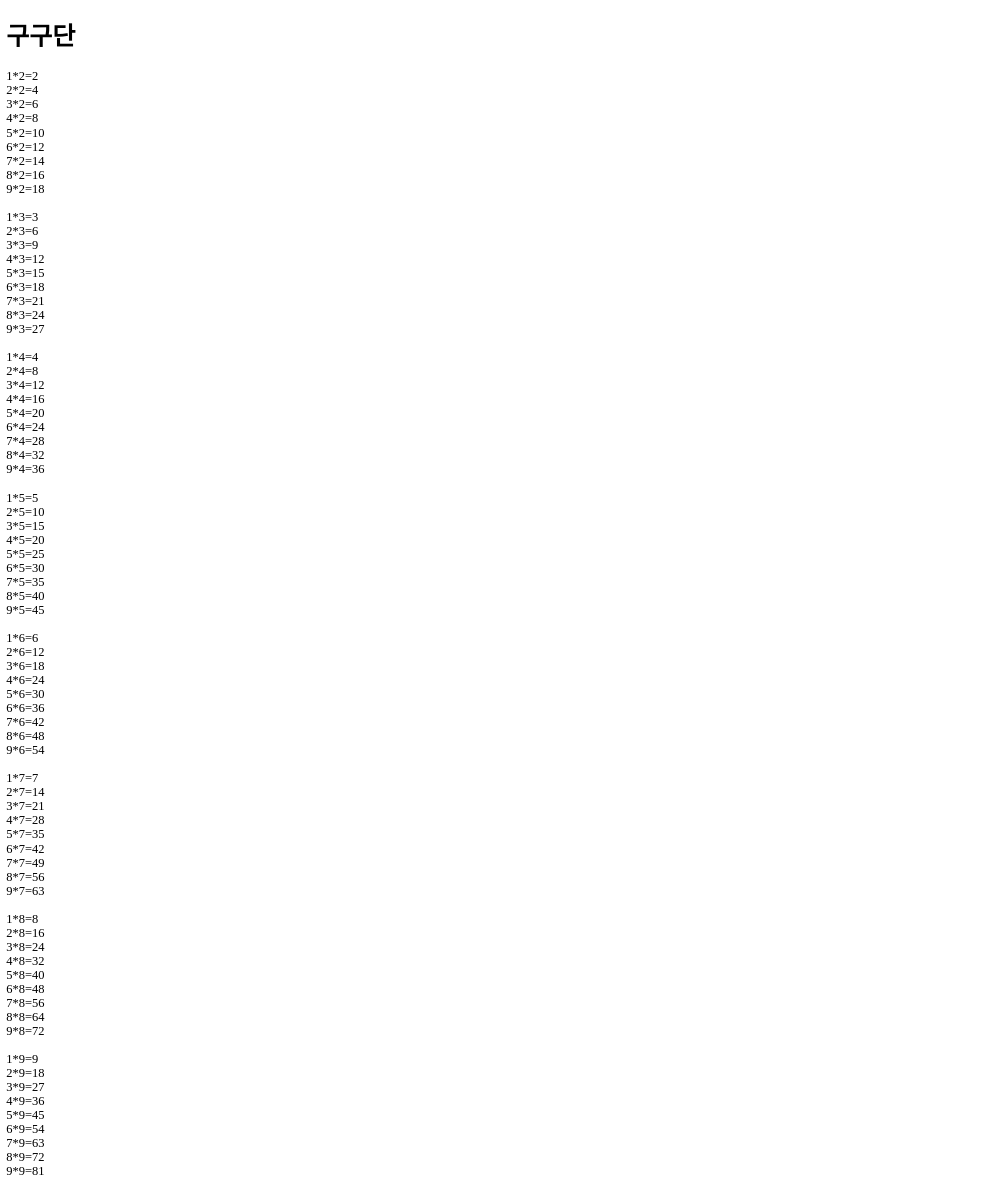
Repository: ohseung-web/Jsp2026
Page: http://localhost/chapter01/test02.jsp
The author's editor kept a copy of each file at every save. The page is drawn from the files as they stood at one save, then again after the next save.
The browser window is 1280 px wide. The pictures show the whole page, at 78% of full size.
The page is served by Tomcat 9.

Above is the page before, as saved 2026-10-16 04:14:26.

### chapter01/src/main/webapp/test02.jsp
<%@ page language="java" contentType="text/html; charset=UTF-8"
    pageEncoding="UTF-8" import="java.util.*"  %>
<!DOCTYPE html>
<html>
<head>
<meta charset="UTF-8">
<title>Insert title here</title>
</head>
<body>
		<!-- 구구단 2단 ~ 9단까지 모두 출력할 것  -->
		<h1>구구단</h1>
		<% for(int i=2; i<=9; i++){
			  for(int j=1; j<=9; j++){
		%>
		  	<%=j%>*<%=i%>=<%= i*j %><br/>
		  	<%-- <%=i+"*"+j+"="+ i*j %><br/> --%>
		<% }%><br/>
		<% } %>
</body>
</html>

After the next save:
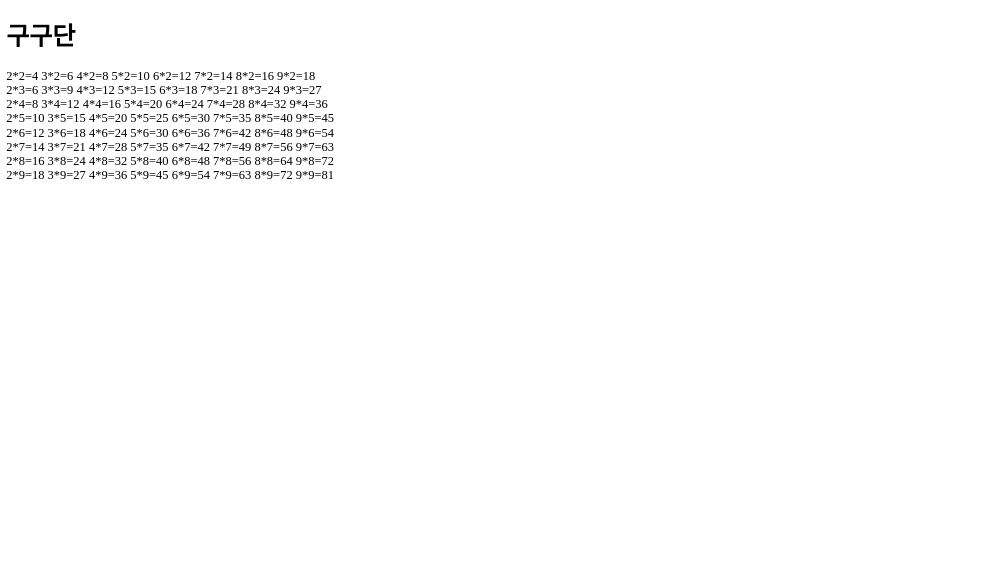
Saved 21 s later.
--- a/chapter01/src/main/webapp/test02.jsp
+++ b/chapter01/src/main/webapp/test02.jsp
@@ -10,9 +10,9 @@
 		<!-- 구구단 2단 ~ 9단까지 모두 출력할 것  -->
 		<h1>구구단</h1>
 		<% for(int i=2; i<=9; i++){
-			  for(int j=1; j<=9; j++){
+			  for(int j=2; j<=9; j++){
 		%>
-		  	<%=j%>*<%=i%>=<%= i*j %><br/>
+		  	<%=j%>*<%=i%>=<%= i*j %>
 		  	<%-- <%=i+"*"+j+"="+ i*j %><br/> --%>
 		<% }%><br/>
 		<% } %>
